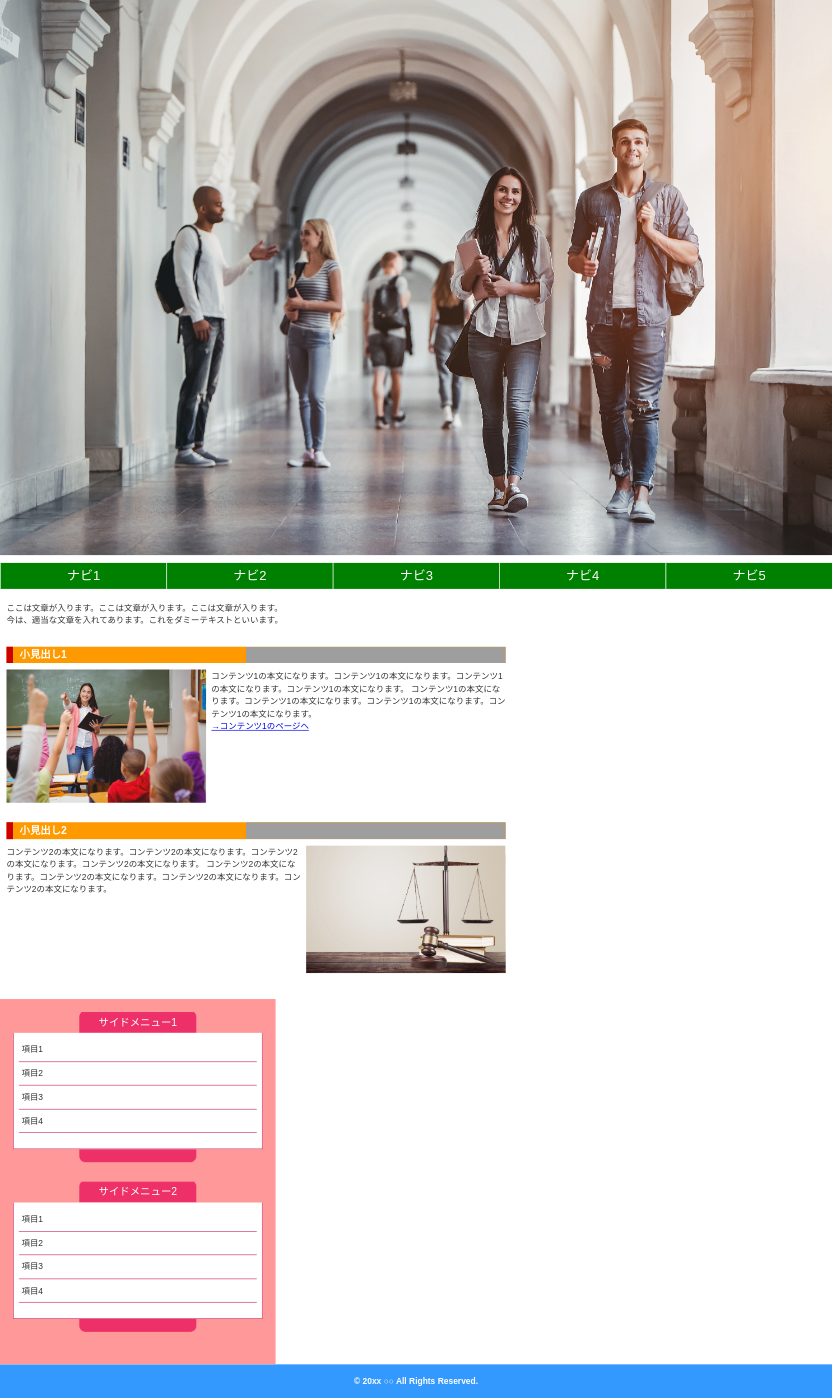
Repository: aki19990/Samurai_HTML-CSS
Page: home.html
The author's editor kept a record of every edit. The page is drawn from the files as they stood at one moment, then again after the next edit.
The browser window is 1280 px wide. The pictures show the whole page, at 65% of full size.
Pictures or frames that could not be fetched are drawn as grey boxes.

Above is the page before.

After the next edit:
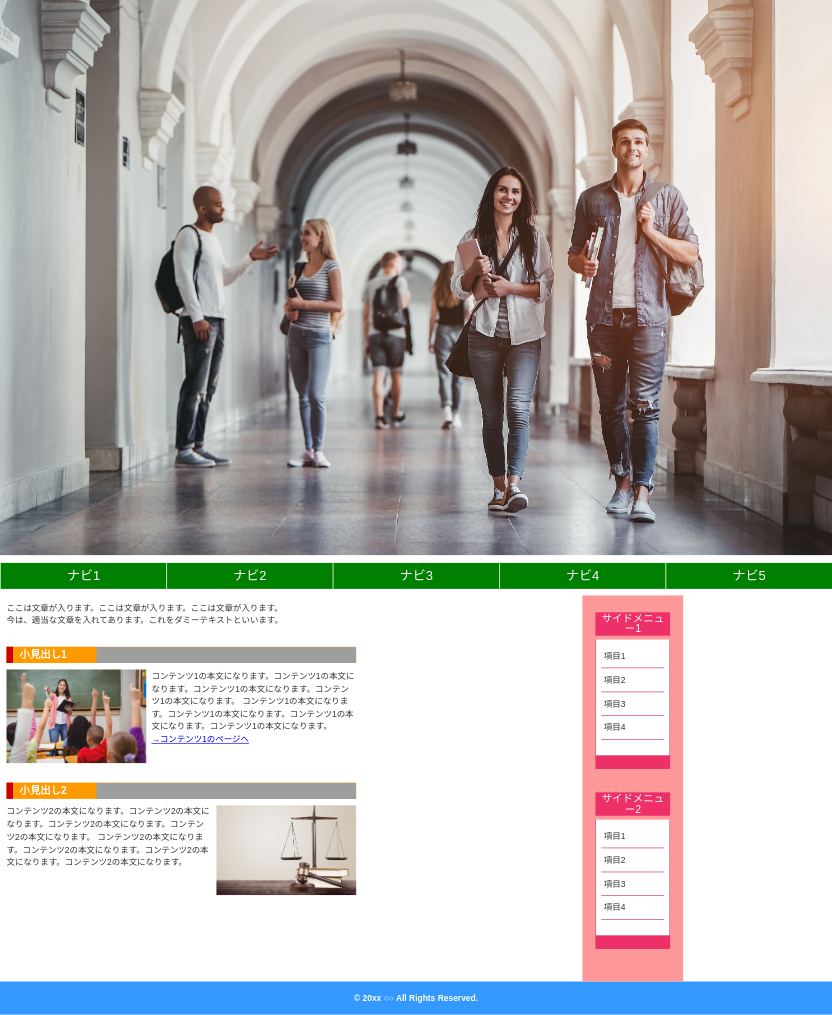
The edit:
--- a/stylesheet.css
+++ b/stylesheet.css
@@ -85,8 +85,8 @@
   padding: auto;
 	 padding-top: 20px;
 	 clear: both;
-	 display:grid;
-
+	 display: grid;
+	 grid-template-columns: 70vw 30vw;
  }
 
  /* -------------------- main --------------------左側コンテンツの設定*/
